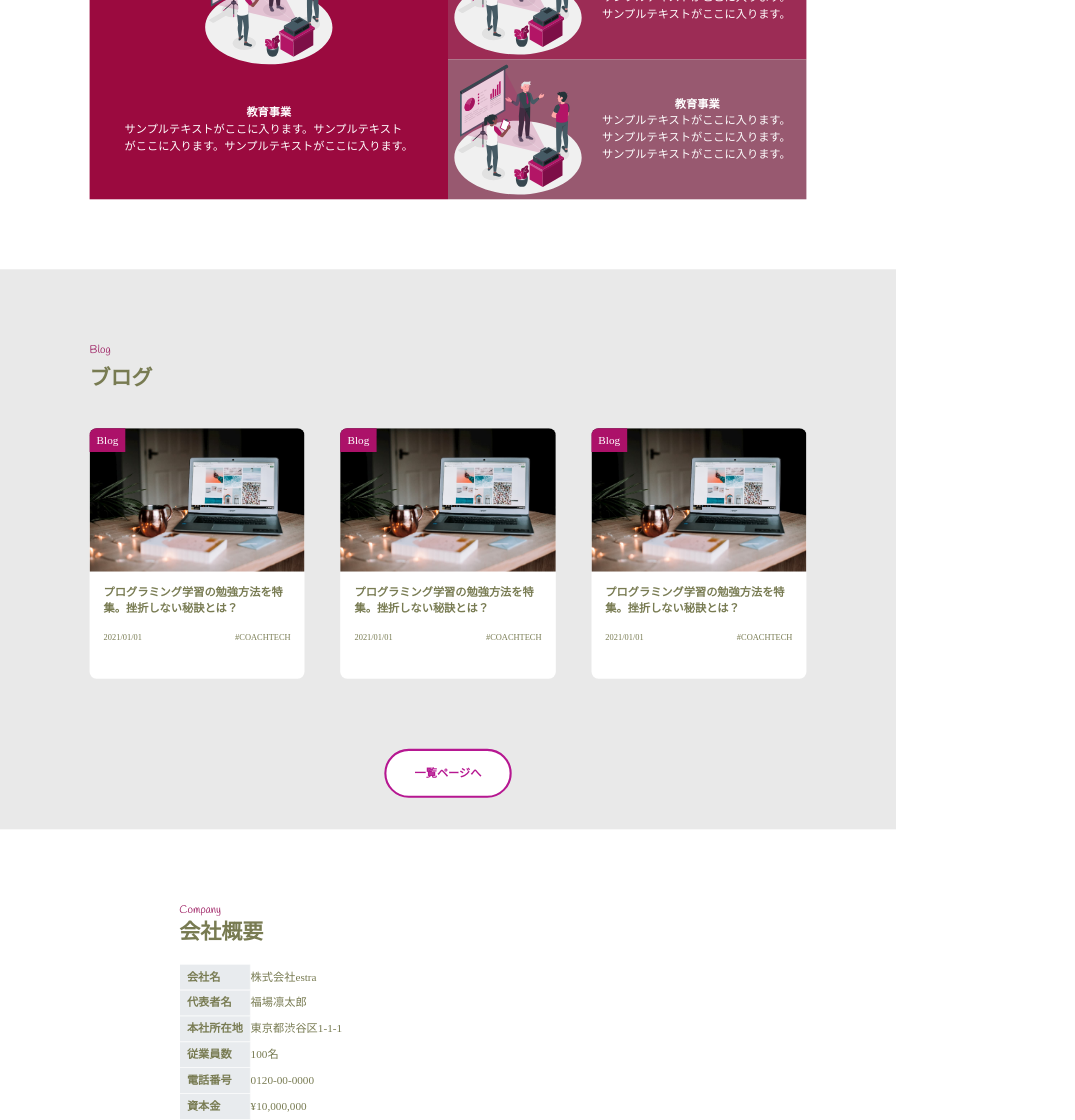
Repository: masanarimiura/20220504miura
Page: index.html
The author's editor kept a copy of each file at every save. The page is drawn from the files as they stood at one save, then again after the next save.
The browser window is 1280 px wide. The page is 1536 px wide, so the pictures cover 1536 px, including what lies to the right of the window. The pictures show the part of the page from y = 2034 to 3634 px (the page is 3634 px tall), at 70% of full size.

Above is the page before, as saved 2022-05-05 01:00:58.

### index.html
<!DOCTYPE html>
<html lang="ja">

<head>
  <meta charset="UTF-8">
  <meta http-equiv="X-UA-Compatible" content="IE=edge">
  <meta name="viewport" content="width=device-width, initial-scale=1.0">
  <title>20220504miura</title>
  <link rel="stylesheet" href="css/reset.css">
  <link rel="stylesheet" href="css/style.css">
  <link rel="preconnect" href="https://fonts.googleapis.com">
  <link rel="preconnect" href="https://fonts.gstatic.com" crossorigin>
  <link href="https://fonts.googleapis.com/css2?family=Gochi+Hand&display=swap" rel="stylesheet">
  <link rel="preconnect" href="https://fonts.googleapis.com">
  <link rel="preconnect" href="https://fonts.gstatic.com" crossorigin>
  <link href="https://fonts.googleapis.com/css2?family=Handlee&display=swap" rel="stylesheet">
</head>

<header class="header">
  <div class="header-inner">
    <div class="header-logo">
      <a href="">ssssssss
        <img src="img/estra_logo.png" alt="">
      </a>
    </div>
    <nav class="header-nav">
      <ul class="header-nav-list">
        <li class="header-nav-item"><a href="" class="header-nav-link">
            News
          </a></li>
        <li class="header-nav-item"><a href="" class="header-nav-link">
            About
          </a></li>
        <li class="header-nav-item"><a href="" class="header-nav-link">
            Service
          </a></li>
        <li class="header-nav-item"><a href="" class="header-nav-link">
            Blog
          </a></li>
        <li class="header-nav-item"><a href="" class="header-nav-link">
            Company
          </a></li>
        <li class="header-nav-item"><a href="" class="header-nav-link">
            Contact
          </a></li>
      </ul>
    </nav>
  </div>
</header>
<div class="firstview">
  <img src="img/firstview.jpg" alt="">
  <div class="firstview-inner">
    <h2 class="firstview-ttl">
      Commit to the <span class="firstview-text-emphasis">growth</span> <br>for everone
    </h2>
    <div class="firstview">
      <p class="firstview-text">
        全ての人の<span class="firstview-text-emphasis">成長</span>にコミットする
      </p>
      <p class="firstview-en">
        Educational Technology Company <br>estra inc 2019
      </p>
    </div>
  </div>
</div>
<div class="news">
  <p class="news-icon icon">News</p>
  <h2 class="news-ttl">新着情報
  </h2>
  <table class="news-table">
    <tr class="news-table-tr">
      <td class="news-table-date">2021/01/01</td>
      <td class="news-table-news">ニュース</td>
      <td class="news-table-text">COACHTECHのサービスが開始されました。</td>
    </tr>
    <tr class="news-table-tr">
      <td class="news-table-date">2021/01/01</td>
      <td class="news-table-news">ニュース</td>
      <td class="news-table-text">COACHTECHのサービスが開始されました。</td>
    </tr>
    <tr class="news-table-tr">
      <td class="news-table-date">2021/01/01</td>
      <td class="news-table-news">ニュース</td>
      <td class="news-table-text">COACHTECHのサービスが開始されました。</td>
    </tr>
    <tr class="news-table-tr">
      <td class="news-table-date">2021/01/01</td>
      <td class="news-table-news">ニュース</td>
      <td class="news-table-text">COACHTECHのサービスが開始されました。</td>
    </tr>
    <tr class="news-table-tr">
      <td class="news-table-date">2021/01/01</td>
      <td class="news-table-news">ニュース</td>
      <td class="news-table-text">COACHTECHのサービスが開始されました。</td>
    </tr>
  </table>
</div>
<div class="about">
  <div class="about-top">
    <div class="about-icon icon">About</div>
    <h2 class="about-ttl">Technology x Coaching</h2>
  </div>
  <div class="about-inner">
    <div class="about-text">
      <p class="about-text-content">
        株式会社estraはデジタル化が遅れている教育業界に最新テクノロジーを導入することによって教育のDXを実現します。　<br><br>
        独自のオペレーションとコーチングを融合した新しい教育の仕組みにより、一人ひとりに合わせた最適な教育を提供します。
      </p>
    </div>
    <img src="img/about.jpg" alt="">
  </div>
</div>
<div class="service">
  <div class="service-top">
    <div class="service-icon icon">Service</div>
    <h2 class="service-ttl">サービス内容</h2>
  </div>
  <div class="service-box">
    <div class="service-box1">
      <img src="img/service__first.svg" alt="" class="service-img">
      <div class="service-explain1">
        <h3 class="service-box-ttl1">教育事業</h3>
        <p class="service-box-text1">サンプルテキストがここに入ります。サンプルテキストがここに入ります。サンプルテキストがここに入ります。</p>
      </div>
    </div>
    <div class="service-box2">
      <img src="img/service__first.svg" alt="" class="service-img">
      <div class="service-explain2">
        <h3 class="service-box-ttl2">教育事業</h3>
        <p class="service-box-text2">サンプルテキストがここに入ります。サンプルテキストがここに入ります。サンプルテキストがここに入ります。</p>
      </div>
    </div>
    <div class="service-box3">
      <img src="img/service__first.svg" alt="" class="service-img">
      <div class="service-explain2">
        <h3 class="service-box-ttl3">教育事業</h3>
        <p class="service-box-text3">サンプルテキストがここに入ります。サンプルテキストがここに入ります。サンプルテキストがここに入ります。</p>
      </div>
    </div>
  </div>
</div>
<div class="blog">
  <div class="blog-top">
    <div class="blog-icon icon">Blog</div>
    <h2 class="blog-ttl">ブログ</h2>
  </div>
  <div class="blog-main">
    <div class="blog-card">
      <img src="img/blog__first.jpg" alt="">
      <div class="blog-noti">Blog</div>
      <div class="blog-text">
        <p class="blog-text-content">プログラミング学習の勉強方法を特集。挫折しない秘訣とは？</p>
        <div class="blog-last">
          <div class="blog-date">2021/01/01</div>
          <div class="blog-tag">#COACHTECH</div>
        </div>
      </div>
    </div>
    <div class="blog-card">
      <img src="img/blog__first.jpg" alt="">
      <div class="blog-noti">Blog</div>
      <div class="blog-text">
        <p class="blog-text-content">プログラミング学習の勉強方法を特集。挫折しない秘訣とは？</p>
        <div class="blog-last">
          <div class="blog-date">2021/01/01</div>
          <div class="blog-tag">#COACHTECH</div>
        </div>
      </div>
    </div>
    <div class="blog-card">
      <img src="img/blog__first.jpg" alt="">
      <div class="blog-noti">Blog</div>
      <div class="blog-text">
        <p class="blog-text-content">プログラミング学習の勉強方法を特集。挫折しない秘訣とは？</p>
        <div class="blog-last">
          <div class="blog-date">2021/01/01</div>
          <div class="blog-tag">#COACHTECH</div>
        </div>
      </div>
    </div>
  </div>
  <div class="blog-btn">
    <a href="http://" class="blog-link">一覧ページへ</a>
  </div>
</div>
<div class="company">
  <div class="company-top">
    <div class="company-icon icon">Company</div>
    <div class="company-ttl">会社概要</div>
  </div>
  <table class="company-table">
    <tr class="company-tr">
      <th>会社名</th>
      <td>株式会社estra</td>
    </tr>
    <tr class="company-tr">
      <th>代表者名</th>
      <td>福場凛太郎</td>
    </tr>
    <tr class="company-tr">
      <th>本社所在地</th>
      <td>東京都渋谷区1-1-1</td>
    </tr>
    <tr class="company-tr">
      <th>従業員数</th>
      <td>100名</td>
    </tr>
    <tr class="company-tr">
      <th>電話番号</th>
      <td>0120-00-0000</td>
    </tr>
    <tr class="company-tr">
      <th>資本金</th>
      <td>&yen10,000,000</td>
    </tr>
  </table>
</div>

<body>

</body>

</html>

### css/style.css
* {
  color: rgb(120, 123, 82);
}
a {
  text-decoration: none;
  color: inherit;
}
.header {
  width: 100%;
}
.header-inner {
  display: flex;
  justify-content: space-between;
  margin: 10px 20px;
}
.header img {
  width: 100px;
}
.header-nav {
  margin: 10px 20px;
}
.header-nav-list {
  display: flex;
  justify-content: center;
}
.header-nav-item:not(:last-child) {
  padding-right: 20px;
}
.firstview {
  width: 100%;
  position: relative;
}
.firstview-inner {
  position: absolute;
  top: 20%;
  left: 20%;
  width: 100%;
}
.firstview img {
  width: 60%;
  margin: 0 0 0 auto;
  display: block;
}
.firstview-ttl {
  color: rgb(119, 21, 70);
  font-size: 50px;
  font-family: "Gochi Hand", cursive;
  line-height: 1.5;
}
.firstview-text {
  color: rgb(119, 21, 70);
  font-size: 20px;
  margin-top: 30px;
}
.firstview-en {
  line-height: 1.5;
  margin-top: 10px;
}
.firstview-text-emphasis {
  color: rgb(32, 134, 172);
  font-weight: bold;
}
.news {
  margin: 100px auto 0;
  width: 60%;
}
.icon {
  color: rgb(153, 21, 92);
  font-family: "Handlee", cursive;
  line-height: 2;
}
.news-ttl {
  font-size: 30px;
  color: rgb(114, 110, 95);
}
.news-table {
  align-items: center;
  border-top: 2px solid rgb(114, 110, 95);
  border-bottom: 2px solid rgb(114, 110, 95);
  margin-top: 20px;
}
.news-table-tr {
  border-bottom: 1px solid rgb(182, 177, 160);
  padding: 30px 0;
}
.news-table-tr td {
  padding: 20px 20px 20px 0;
}
.news-table-news {
  background-color: brown;
  display: inline-block;
  padding: 1px 1px;
  border-radius: 6px;
  margin: 0 0;
  text-align: center;
  align-items: center;
  color: #fff;
}
.about {
  width: 100%;
  background-color: rgb(233, 233, 233);
  margin-top: 100px;
  line-height: 1.5;
  height: 500px;
  padding: 50px 0 20px;
}
.about-top {
  text-align: center;
  margin: 20px;
}
.about-ttl {
  font-size: 30px;
  margin-bottom: 50px;
}
.about-inner {
  display: flex;
  justify-content: space-around;
}
.about-text {
  width: 30%;
}
.about-inner img {
  width: 30%;
}
.service {
  width: 80%;
  margin: 100px auto 0;
}
.service-top {
  margin-bottom: 50px;
}
.service-ttl {
  font-size: 30px;
}
.service-box {
  display: grid;
  grid-template-rows: 50% 50%;
  grid-template-columns: 50% 50%;
}
.service-box1 img,
.service-box2 img,
.service-box3 img {
  width: 200px;
  display: inline-block;
}
.service-box1 img {
  margin: 0 auto;
}
.service-box-ttl1,
.service-box-ttl2,
.service-box-ttl3,
.service-box-text1,
.service-box-text2,
.service-box-text3 {
  color: #fff;
}
.service-box-ttl1,
.service-box-ttl2,
.service-box-ttl3 {
  text-align: center;
}
.service-box1 {
  grid-column: 1/2;
  grid-row: 1/3;
  background-color: rgb(155, 10, 63);
  width: 100%;
  display: flex;
  flex-direction: column;
  justify-content: center;
}
.service-explain1 {
  line-height: 1.5;
  margin: 50px;
}
.service-box2 {
  grid-column: 2/3;
  grid-row: 1/2;
  background-color: rgb(156, 44, 85);
  width: 100%;
  display: flex;
  align-items: center;
}
.service-explain2 {
  line-height: 1.5;
  margin: 50px 20px;
}
.service-box3 {
  grid-column: 2/3;
  grid-row: 2/3;
  background-color: rgb(152, 89, 112);
  width: 100%;
  display: flex;
  align-items: center;
}
.service-explain3 {
  line-height: 1.5;
  margin: 50px 20px;
}
.blog {
  width: 100%;
  background-color: rgb(233, 233, 233);
  margin: 100px auto 0;
  line-height: 1.5;
  height: 700px;
  padding: 100px 0 0px;
}
.blog-top {
  width: 80%;
  margin: 0px auto auto;
}
.blog-ttl {
  font-size: 30px;
}
.blog-main {
  margin: 50px 10% auto;
  display: flex;
  justify-content: space-between;
}
.blog-card {
  width: 30%;
  border-radius: 10px;
  position: relative;
  background: #fff;
}
.blog-card img {
  width: 100%;
  border-radius: 10px 10px 0 0;
}
.blog-noti {
  position: absolute;
  top: 0;
  left: 0;
  background-color: rgb(172, 17, 105);
  color: #fff;
  padding: 5px 10px;
  border-radius: 10px 0 0 0;
}
.blog-text {
  padding: 10px 20px;
}
.blog-text-content {
  font-weight: bold;
}
.blog-last {
  margin: 20px 0;
  padding-bottom: 20px;
  display: flex;
  justify-content: space-between;
  font-size: 12px;
}
.blog-btn {
  display: flex;
  justify-content: center;
  margin: 100px;
}
.blog-link {
  background-color: #fff;
  padding: 20px 40px;
  border: 3px solid rgb(182, 23, 145);
  border-radius: 50px;
  font-weight: bold;
  color: rgb(182, 23, 145);
}
.company {
  width: 60%;
  margin: 100px auto 0;
}
.company-ttl {
  font-size: 30px;
  font-weight: bold;
}
.company-table {
  margin: 30px 0 0;
}
.company-tr th {
  background-color: rgb(232, 235, 238);
  padding: 10px;
  text-align: left;
  border: 1px solid rgb(255, 255, 255);
}
.company-tr td {
}

Loaded but not shown: css/reset.css (common file)

After the next save:
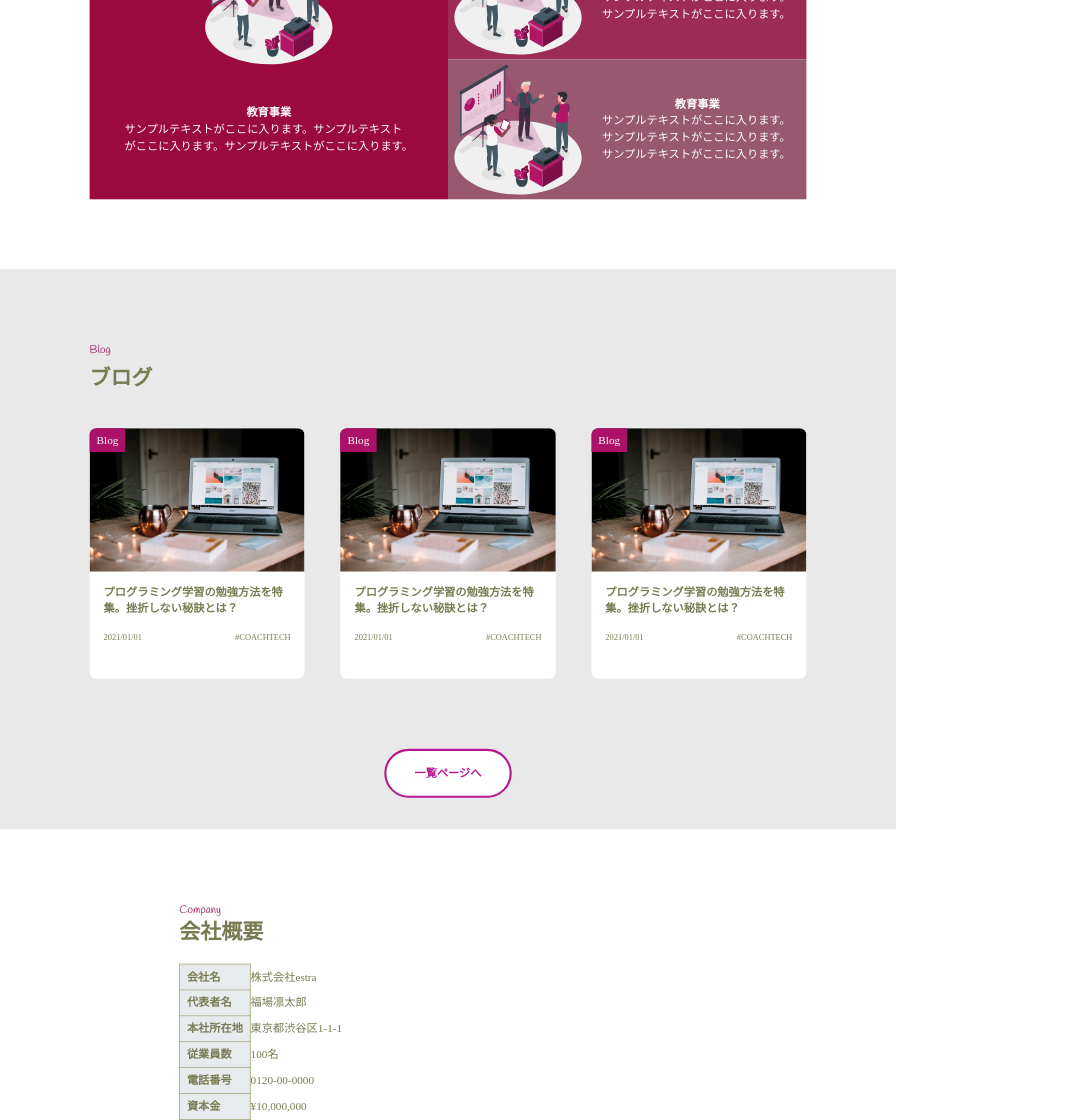
Saved 4 s later.
--- a/css/style.css
+++ b/css/style.css
@@ -276,7 +276,7 @@ a {
   background-color: rgb(232, 235, 238);
   padding: 10px;
   text-align: left;
-  border: 1px solid rgb(255, 255, 255);
+  border: 1px solid rgb(153, 158, 105);
 }
 .company-tr td {
 }
